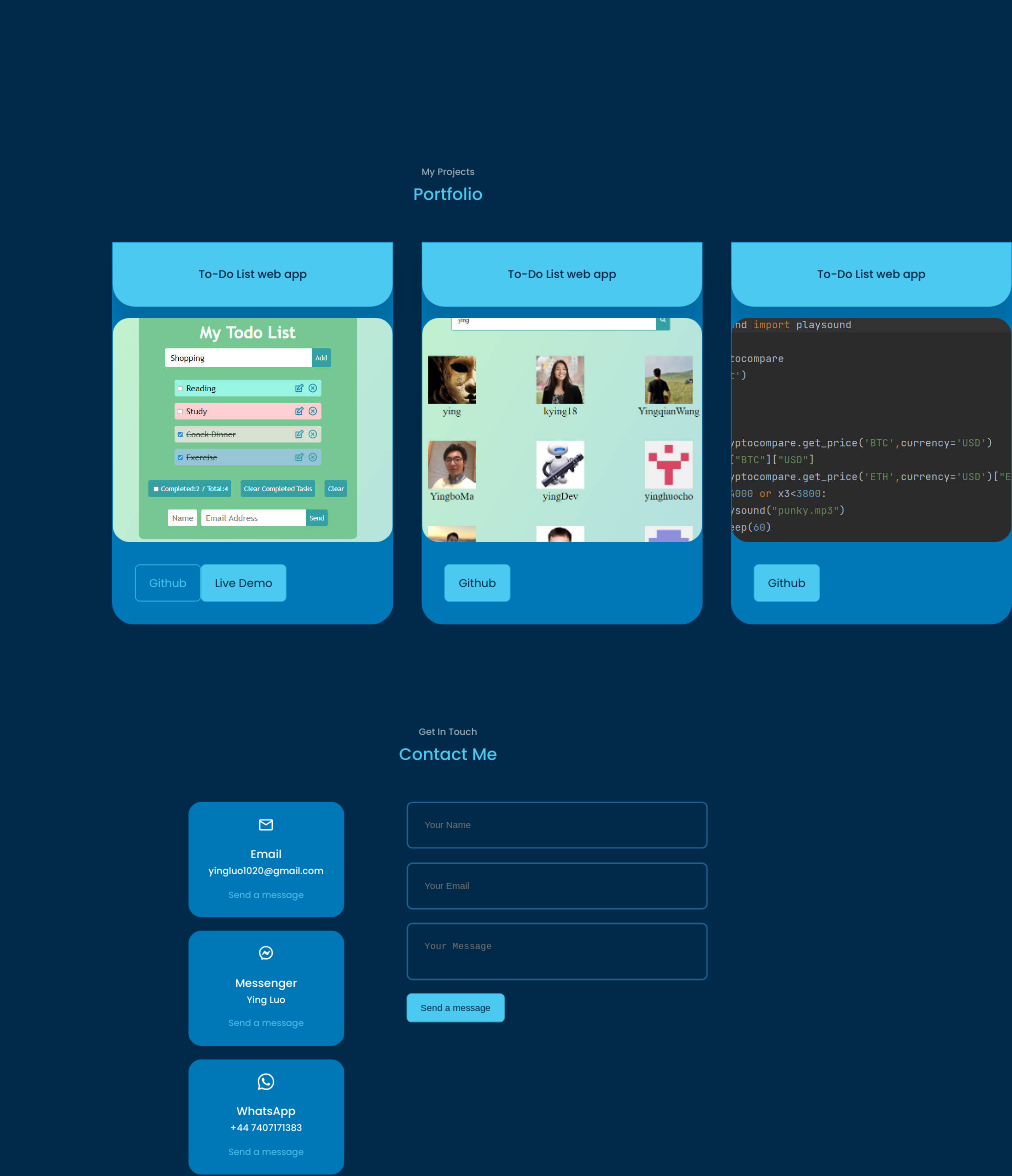
Repository: yingluo1020/react-portfolio-website
Page: /
These files come from the project's save history. The page is drawn as it stood at one moment and after the next save; the edit follows.
The browser window is 1280 px wide. The page is 1446 px wide, so the pictures cover 1446 px, including what lies to the right of the window. The pictures show the part of the page from y = 1806 to 3486 px (the page is 3983 px tall), at 70% of full size.
The project was rebuilt for these pictures with package versions that can differ from the ones it lists, and the page was loaded fresh each time. Imported but missing from the stored project, and not drawn on this page: src/assets/cv1.pdf.

Above is the page before, as saved 2022-03-16 10:41:54.

### src/index.css
@import url('https://fonts.googleapis.com/css2?family=Poppins:wght@300;400;500;600&display=swap');

* {
 margin: 0;
 padding: 0;
 border: 0;
 outline: 0;
 box-sizing: border-box;
 list-style: none;
 text-decoration: none;
}

:root {
    --color-bg:#012a4a;
    --color-bg-variant:#0077b6;
    --color-primary:#4cc9f0;
    --color-primary-variant:rgba(77,181,255,0.4);
    --color-white:#fff;
    --color-light:rgba(255,255,255,0.6);

    --transition:all 400ms ease;

    --container-width-lg:75%;
    --container-width-md:86%;
    --container-width-sm:90%;
}

html {
    scroll-behavior:smooth;
}

::-webkit-scrollbar {
    display: none;
}

body {
    font-family: 'Poppins', sans-serif;
    background: var(--color-bg);
    color:var(--color-white);
    line-height:1.7;
}

/* general styles */
.container {
    width:var(--container-width-lg);
    margin: 0 auto;
}

h1,
h2,
h3,
h4,
h5 {
    font-weight: 500;
}

h1 {
    font-size: 2.5rem;
}

section {
    margin-top: 5rem;
    min-height: 100vh;
}

section > h2, section > h5 {
    text-align: center;
    color: var(--color-light);
}

section > h2 {
    color: var(--color-primary);
    margin-bottom: 3rem;
}

.text-light {
    color: var(--color-light);
}

a {
    color: var(--color-primary);
    transition: var(--transition);
}

a:hover {
    color: var(--color-white);
}

.btn {
    width: max-content;
    display: inline-block;
    color: var(--color-primary);
    padding: 0.75rem 1.2rem;
    border-radius:0.4rem;
    cursor: pointer;
    border: 1px solid var(--color-primary);
    transition: var(--transition);
}

.btn:hover{
    background: var(--color-white);
    color: var(--color-bg);
    border-color: transparent;
}

.btn-primary {
    background: var(--color-primary);
    color: var(--color-bg);
}

img{
    display: block;
    width: 100%;
    object-fit: cover;
}

/* media queries(medium devices)*/
@media screen and (max-width:1024px) {
    .container {
        width: var(--container-width-sm);
    }

    section> h2 {
        margin-bottom: 2rem;
    }
}

### src/components/header/Header.js
import React from 'react'
import avatar from '../../assets/avatar.JPG'
import './header.css';
import CV from '../../assets/cv1.pdf'


function Header() {
    return (
        <header>
            <div className="container header_container">
                <h5>Hello, I'm</h5>
                <h1>Ying Luo</h1>
                <h5 className="text-light">Front-end Developer</h5>

                <div className='cta'>
                    <a href={CV} download className='btn'>Download My CV</a>
                    <a href="#contact" className='btn btn-primary'>Contact me</a>
                </div>
            </div>
        </header>
    )
}

export default Header

### src/components/nav/Nav.js
import React, { useState } from 'react'
import './nav.css'
import { AiOutlineHome, } from 'react-icons/ai'
import { AiOutlineUser } from 'react-icons/ai'
import { BiBook } from 'react-icons/bi'
import { AiOutlineFundProjectionScreen } from 'react-icons/ai'
import { BiMessageSquareDetail } from 'react-icons/bi'


function Nav() {
    const [activeNav, setActiveNav] = useState('#')
    return (
        <nav>
            <a href="#" onClick={() => setActiveNav('#')} className={activeNav === '#' ? 'active' : ''}><AiOutlineHome /></a>
            <a href="#about" onClick={() => setActiveNav('#about')} className={activeNav === '#about' ? 'active' : ''}><AiOutlineUser /></a>
            <a href="#experience" onClick={() => setActiveNav('#experience')} className={activeNav === '#experience' ? 'active' : ''}><BiBook /></a>
            <a href="#portfolio" onClick={() => setActiveNav('#services')} className={activeNav === '#services' ? 'active' : ''}><AiOutlineFundProjectionScreen /></a>
            <a href="#contact" onClick={() => setActiveNav('#contact')} className={activeNav === '#contact' ? 'active' : ''}><BiMessageSquareDetail /></a>
        </nav>
    )
}

export default Nav

### src/components/experience/Experience.js
import React from 'react'
import './experience.css';
import { BsPatchCheck } from 'react-icons/bs'


function Experience() {
    return (
        <section id='experience'>
            <h5>What Skills I Have</h5>
            <h2>My Experience</h2>

            <div className="container experience_container">
                <article className='experience_details'>
                    <BsPatchCheck className='experience_details-icon' />
                    <div>
                        <h4>HTML</h4>
                        <small className='text_light'>Experienced</small>
                    </div>
                </article>
                <article className='experience_details'>
                    <BsPatchCheck className='experience_details-icon' />
                    <div>
                        <h4>CSS</h4>
                        <small className='text_light'>Experienced</small>
                    </div>
                </article>
                <article className='experience_details'>
                    <BsPatchCheck className='experience_details-icon' />
                    <div>
                        <h4>JavaScript (ES6)</h4>
                        <small className='text_light'>Experienced</small>
                    </div>
                </article>
                <article className='experience_details'>
                    <BsPatchCheck className='experience_details-icon' />
                    <div>
                        <h4>React (Hooks, Router V6) </h4>
                        <small className='text_light'>Experienced</small>
                    </div>
                </article>
                <article className='experience_details'>
                    <BsPatchCheck className='experience_details-icon' />
                    <div>
                        <h4>Node JS</h4>
                        <small className='text_light'>Intermediate</small>
                    </div>
                </article>
                <article className='experience_details'>
                    <BsPatchCheck className='experience_details-icon' />
                    <div>
                        <h4>Python</h4>
                        <small className='text_light'>Intermediate</small>
                    </div>
                </article>
            </div>

        </section>
    )
}

export default Experience

### src/components/portfolio/Portfolio.js
import React from 'react'
import './portfolio.css';
import project1 from '../../assets/todo1.jpg'
import project2 from '../../assets/search.jpg'
import project3 from '../../assets/btc_alert.jpg'



function Portfolio() {
    return (
        <section id='portfolio'>
            <h5>My Projects</h5>
            <h2>Portfolio</h2>
            <div className="container portfolio_container ">
                <article className='portfolio'>
                    <div className="portfolio_head">
                        <h3 >To-Do List web app</h3>
                    </div>

                    <div className="portfolio_item-image">
                        <img src={project1} alt="project1" />
                    </div>

                    <div className="portfolio_link">
                        <a href="https://github.com" target='_blank' className='btn '>Github</a>
                        <a href="https://dribbble.com/Alien_pixels" target='_blank' className='btn btn-primary'>Live Demo</a>
                    </div>
                </article>

                <article className='portfolio'>
                    <div className="portfolio_head">
                        <h3 >To-Do List web app</h3>
                    </div>

                    <div className="portfolio_body">
                        <div className="portfolio_item-image">
                            <img src={project2} alt="project1" />
                        </div>
                    </div>
                    <div className="portfolio_link">
                        <a href="https://github.com" target='_blank' className='btn btn-primary'>Github</a>
                    </div>
                </article>

                <article className='portfolio'>
                    <div className="portfolio_head">
                        <h3 >To-Do List web app</h3>
                    </div>

                    <div className="portfolio_body">
                        <div className="portfolio_item-image">
                            <img src={project3} alt="project1" />
                        </div>
                    </div>
                    <div className="portfolio_link">
                        <a href="https://github.com" target='_blank' className='btn btn-primary'>Github</a>
                    </div>
                </article>

            </div>
        </section>
    )
}

export default Portfolio

### src/components/footer/Footer.js
import React from 'react'
import './footer.css'
import { BsLinkedin } from 'react-icons/bs';
import { FaGithub } from 'react-icons/fa';
import { FiDribbble } from 'react-icons/fi';


function Footer() {
    return (
        <footer>
            <a href="https://github.com/yingluo1020" target="_blank" className='footer_logo'><FaGithub /> Ying Luo</a>
            <ul className='permalinks'>
                <li><a href="#">Home</a></li>
                <li><a href="#about">About</a></li>
                <li><a href="#experience">Experience</a></li>
                <li><a href="#portfolio">Portfolio</a></li>
                <li><a href="#contact">Contact</a></li>
            </ul>

            <div className="footer_copyright">
                <small>&copy; All rights reserved by Ying Luo.</small>
            </div>
        </footer>
    )
}

export default Footer

### src/components/header/header.css
header {
    height: 50vh;
    padding-top: 5rem;
    overflow: hidden;
}

.header_container {
    text-align: center;
    height: 100%;
    position: relative;
}

.cta {
    margin: 2.5rem auto;
    display: flex;
    gap:1.2rem;
    justify-content: center;
}

.avatar {
    background: linear-gradient(var(--color-primary),transparent) ;
    width: 22rem;
    height: 30rem;
    position: absolute;
    left: calc(50% - 11rem);
    border-radius: 12rem 12rem 0 0 ;
    overflow: hidden;
    padding: 5rem 1.5rem 1.5rem 1.5rem;
}


/* media queries(medium devices)*/
@media screen and (max-width:1024px) {
    header {
        height: 68vh;
    }
}

/* media queries(small devices)*/
@media screen and (max-width:600px) {
   header {
       height: 100vh;
   }
}

### src/components/nav/nav.css
nav {
    background: rgba(0, 0, 0, 0.3);
    width: max-content;
    display: block;
    padding:0.7rem 1.7rem;
    z-index: 2;
    position: fixed;
    left: 50%;
    transform: translateX(-50%);
    bottom: 2rem;
    display: flex;
    gap: 0.8rem;
    border-radius: 3rem;
    /* backdrop-filter: blur(15px); */
}

nav a {
    background: transparent;
    padding: 0.9rem;
    border-radius:50% ;
    display: flex;
    color: var(--color-light);
    font-size: 1.1rem;
}

nav a:hover{
    background: rgba(0, 0, 0, 0.3);
}

nav a.active {
    background: var(--color-primary);
    color: var(--color-bg);
}

### src/components/about/about.css
.about_container {
    display: grid;
    grid-template-columns: 35% 50%;
    gap: 15%;
}

.about_me{
    width: 100%;
    aspect-ratio: 0.95/1;
    border-radius: 2rem;
    background: linear-gradient(45deg,transparent,var( --color-primary),transparent);
    display: grid;
    place-items: center;
}

.about_image {
    border-radius: 2rem;
    overflow: hidden;
    transform: rotate(10deg);
    transition: var(--transition);
}

.about_image:hover{
    transform: rotate(0);
}

.about_image img {
    width: 75%;
    margin: 0 auto;
}
.about_cards {
    display: grid;
    grid-template-columns: repeat(2,1fr);
    gap: 1.5rem;
}

.about_card {
    background: var(--color-bg-variant);
    border:1px solid transparent ;
    border-radius: 1rem;
    padding: 2rem;
    text-align: center;
    transition: var(--transition);
}

.about_card:hover {
    background:transparent;
    border-color:var(--color-primary-variant) ;
    cursor: default;
}

.about_icon {
    color: var(--color-primary);
    font-size: 1.4rem;
    margin-bottom: 1rem;
}

.about_card h5 {
    font-size: 0.9rem;
}

.about_card small {
    font-size: 0.7rem;
    color: var(--color-light);
}
.about_content{
    height: fit-content;
}
.about_content p {
    margin: 2rem 0 2.6rem;
    color: var(--color-light);
}

.about_content .about_btn {
    display: flex;
    gap:1.2rem;
}

/* media queries(medium devices)*/
@media screen and (max-width:1024px) {
    .about_container {
        grid-template-columns: 1fr ;
        gap:0;
    }

    .about_me{
        width: 50%;
        margin: 2rem auto 4rem;
    }

    .about_content p {
        margin: 1rem 0 1.5rem;
    }
}

/* media queries(small devices)*/
@media screen and (max-width:600px) {
    .about_me{
        width: 65%;
        margin: 0 auto 3rem;
    }

    .about_cards {
        grid-template-columns: 1fr 1fr;
        gap: 1rem;
    }

    .about_content {
        text-align: center;
    }

    .about_content p {
        margin: 1.5rem 0.5rem;
    }
}

### src/components/experience/experience.css
.experience_container{
    width: 50%;
    display: grid;
    grid-template-columns: 1fr 1fr;
    justify-items:  stretch;
    row-gap: 3rem ;
    background: var(--color-bg-variant);
    padding: 3rem 5rem;
    border-radius: 2rem;
    border: 1px solid transparent;
    transition: var(--transition);
}


.experience_container:hover{
    background: transparent;
    border-color: var(--color-primary-variant);
    cursor: default;
}


.experience_details {
    display: flex;
    gap: 2rem;
}

.experience_details-icon{
    margin-top: 6px;
    color: var(--color-primary);
}

/* media queries(medium devices)*/
@media screen and (max-width:1024px) {
    .experience_container  {
        width: 80%;
        padding: 2rem;
        margin: 0 auto;
    }

}

/* media queries(small devices)*/
@media screen and (max-width:600px) {
    .experience_container{
        width: 100%;
        grid-template-columns: 1fr;
        padding: 1rem;
    }

}

### src/components/portfolio/portfolio.css
.portfolio_container{
    display: grid;
    grid-template-columns: repeat(3,1fr);
    gap: 2.5rem;
}

.portfolio {
    background: var(--color-bg-variant);
    border-radius:0 0 2rem 2rem;
    border: 1px solid transparent;
    /* height: fit-content; */
    transition: var(--transition);
}

.portfolio:hover {
    background: transparent;
    border-color: var(--color-primary-variant);
    transition: var(--transition);
}

.portfolio_head{
    background: var(--color-primary);
    border-radius:0 0 2rem 2rem;
    padding: 2rem;
    box-shadow: 0 2rem 1rem rgba(0,0,0,0.1);
}

.portfolio_head h3 {
    text-align: center;
    font-size: 1rem;
    color: var(--color-bg);
}

.portfolio_item-image {
    width: 25rem;
    height: 20rem;
    /* aspect-ratio: 1/1;   */
    border-radius: 1.5rem;
    overflow: hidden;
    margin: 1rem auto;
}

.portfolio_item-image img {
    width: 100%;
    height: 100%;
}

.portfolio_link {
    /* display: flex;
    justify-content: center; */
    margin: 2rem;
}


/* media queries(medium devices)*/
@media screen and (max-width:1024px) {
    .portfolio_container{
        grid-template-columns: 1fr 1fr;
        gap: 1.2rem;
    }
}

/* media queries(small devices)*/
@media screen and (max-width:600px) {
    .portfolio_container {
        grid-template-columns: 1fr;
        gap: 1rem;
    }
}

### src/components/contact/contact.css
.contact_container {
    width: 58%;
    display: grid;
    grid-template-columns: 30% 58%;
    gap: 12%;
}

.contact_options {
    display: flex;
    flex-direction: column;
    gap: 1.2rem;
}

.contact_option{
    background: var(--color-bg-variant);
    padding: 1.2rem ;
    border-radius:1.2rem;
    border: 1px solid transparent;
    text-align: center;
    transition: var(--transition);
}

.contact_option:hover{
    background: transparent;
    border-color: var(--color-primary-variant);
}

.contact_option-icon{
    font-size: 1.5rem;
    margin-bottom: 0.5rem;
}

.contact_option a {
    margin-top: 0.7rem;
    display: inline-block;
    font-size: 0.8rem;
}

/* form */
form {
    display: flex;
    flex-direction: column;
    gap: 1.2rem;
}

input, textarea{
    width: 100%;
    padding: 1.5rem ;
    border-radius:0.5rem;
    border: 2px solid var(--color-primary-variant);
    background: transparent;
    resize: none; /* 元素不能被用户缩放。 */
    color: var(--color-white);
}

/* media queries(medium devices)*/
@media screen and (max-width:1024px) {
    .contact_container {
        grid-template-columns: 1fr;
        gap: 2rem;
    }

}

/* media queries(small devices)*/
@media screen and (max-width:600px) {
    .contact_container{
        width: var(--container-width-sm);
    }
}

### src/components/footer/footer.css
footer {
    background: var(--color-primary);
    padding: 2rem 0;
    text-align: center;
    font-size: 0.9rem;
    margin-top: 7rem;
}

footer a {
    color: var(--color-bg);
}

.footer_logo{
    font-size: 2rem;
    font-weight: 500;
    margin-bottom: 2rem;
    display: inline-block;
}

.permalinks{
    display: flex;
    flex-wrap: wrap;
    justify-content: center;
    gap: 2rem;
    margin: 0 auto 3rem;
}

.footer_socials{
    display: flex;
    justify-content: center;
    gap: 1rem;
    margin-bottom: 4rem;
}

.footer_socials a {
    display: flex;
    background: var(--color-bg);
    color: var(--color-white);
    padding: 0.8rem;
    border-radius: 0.7rem;
    border: 1px solid transparent;
    transition: var(--transition);
}

.footer_socials a:hover{
    background: transparent;
    color: var(--color-bg);
    border-color: var(--color-bg);
}

.footer_copyright {
    margin-bottom: 4rem;
    color: var(--color-bg);
}

/* media queries(small devices)*/
@media screen and (max-width:600px) {
    .permalinks{
        flex-direction: column;
        gap: 1.5rem;
    }

    .footer_socials{
        margin-bottom: 2.6rem;
    }
}

Loaded but not shown: public/index.html (common file); src/index.js (common file); src/App.js (common file); src/components/contact/Contact.js (63 lines, source omitted); src/components/about/About.js (51 lines, source omitted)

After the next save:
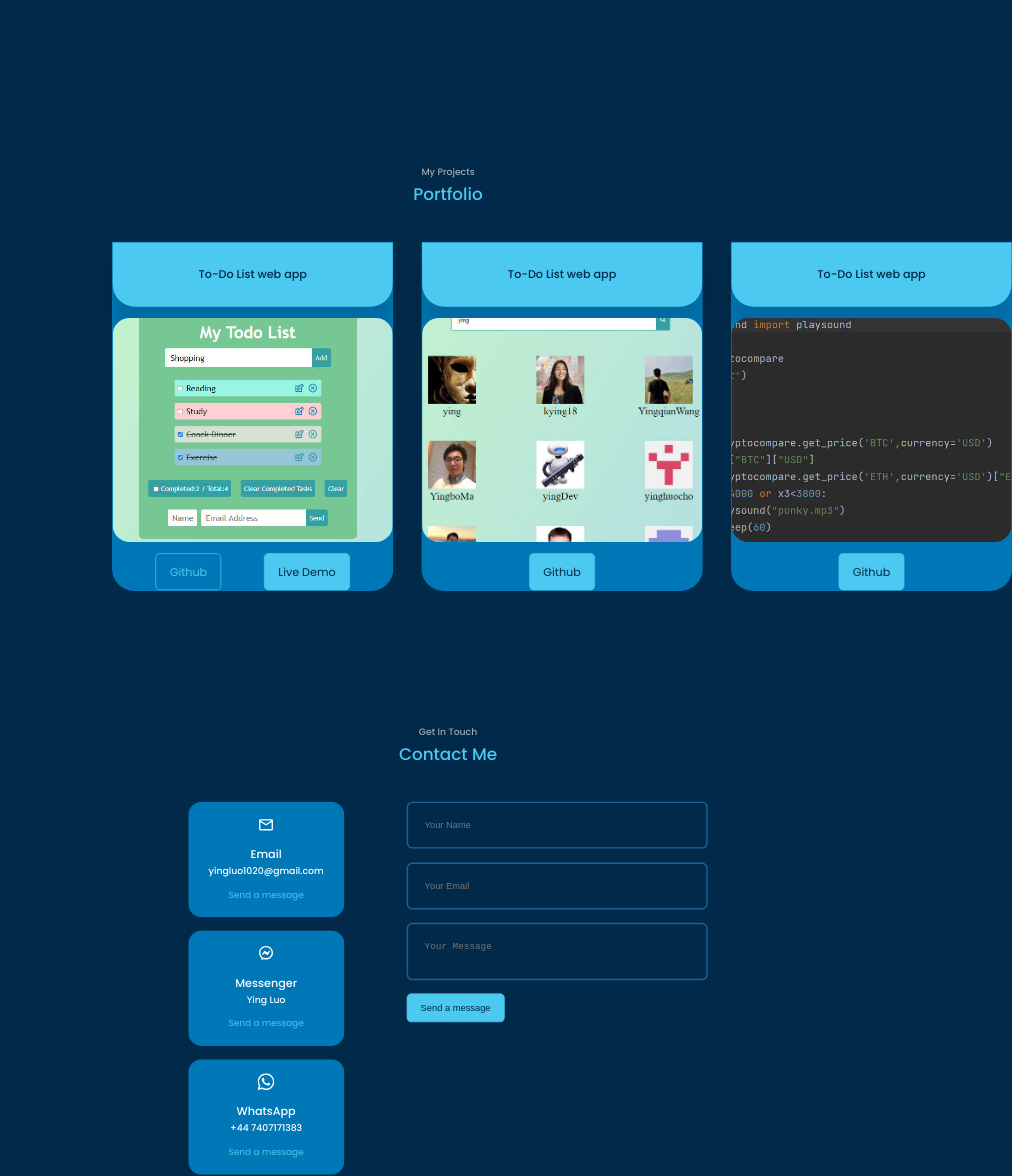
Saved 33 s later.
--- a/src/components/portfolio/portfolio.css
+++ b/src/components/portfolio/portfolio.css
@@ -46,9 +46,8 @@
 }
 
 .portfolio_link {
-    /* display: flex;
-    justify-content: center; */
-    margin: 2rem;
+    display: flex;
+    justify-content: space-evenly;
 }
 
 

After the save that followed:
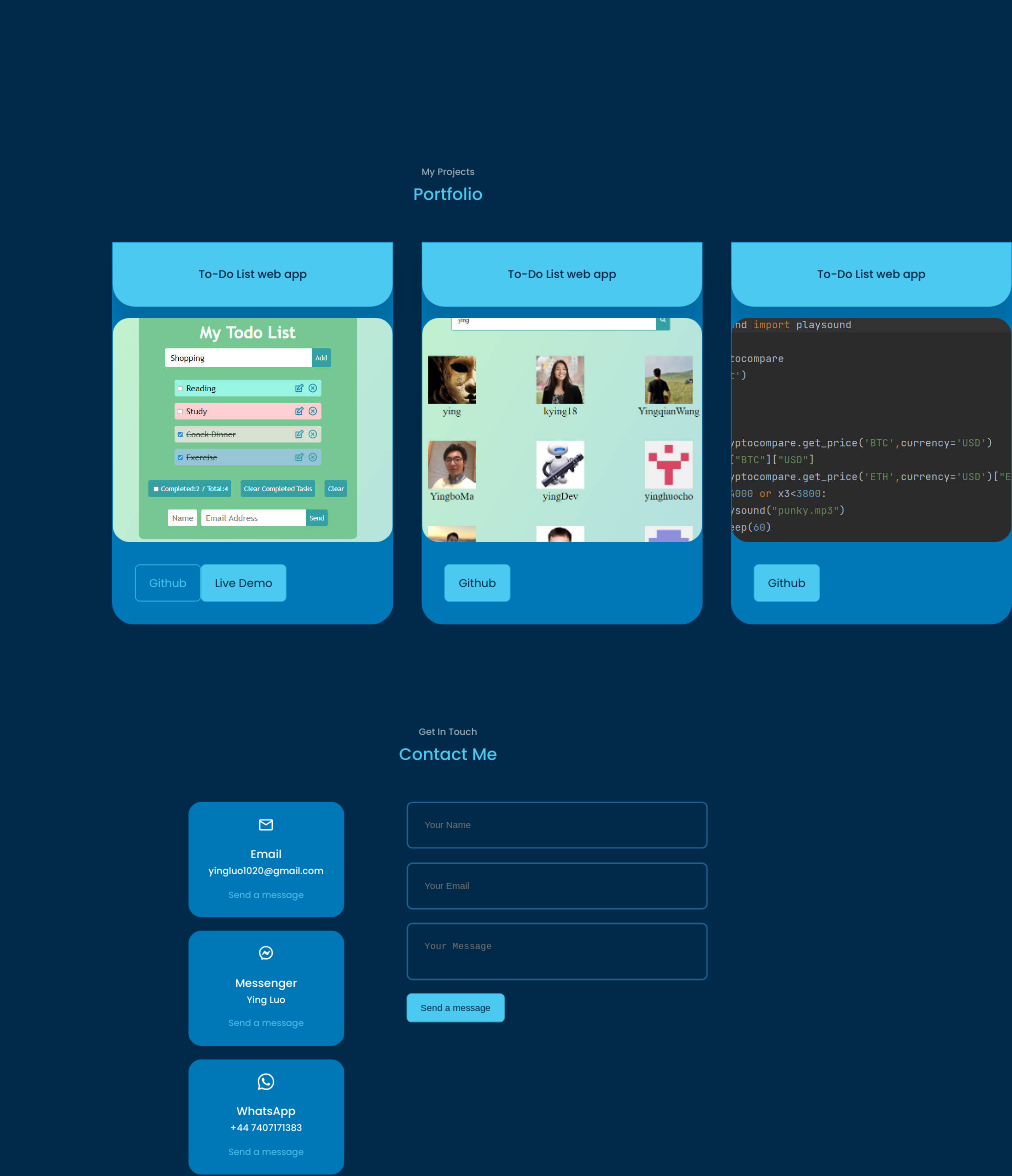
Saved 12 s later.
--- a/src/components/portfolio/portfolio.css
+++ b/src/components/portfolio/portfolio.css
@@ -47,7 +47,8 @@
 
 .portfolio_link {
     display: flex;
-    justify-content: space-evenly;
+    justify-content: start;
+    margin: 2rem;
 }
 
 
